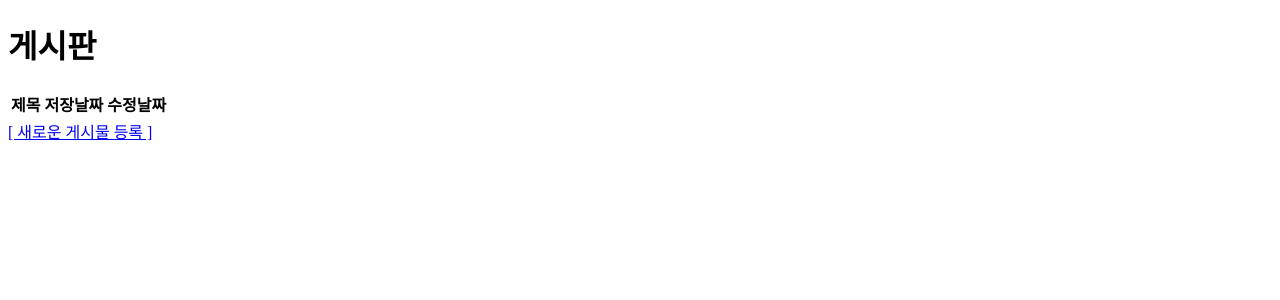
Repository: sandartchip/Board_v01
Page: http://localhost/firstjsp/list.jsp
An editor plug-in stored every save of this project. The page is shown before and after a run of saves, followed by the edit.
The browser window is 1280 px wide. The pictures show the whole page.
The page is served by Tomcat 9. Queries for data that is not in the repository find no rows.

Above is the page before, as saved 2019-03-20 02:18:47.

### Board_v01/firstjsp/WebContent/list.jsp
<%@ page language= "java" contentType= "text/html; charset=utf-8" pageEncoding= "utf-8" %>
<%@page import="java.sql.ResultSet" %>
<%@page import="java.sql.Statement" %>
<%@page import="java.sql.Connection" %>
<%@page import="java.sql.PreparedStatement" %>
<%@page import="java.sql.DriverManager" %>
<%@page import="java.sql.SQLException" %>
<%@page import="java.sql.Timestamp" %>

<!DOCTYPE html>
<html>
<head>
<meta charset="UTF-8">
<title>JSP 게시판</title>
</head>
<body>
	<h1>게시판</h1>
	<table>
		<tr>
			<th>제목</th>
			<th>저장날짜</th>
			<th>수정날짜</th>
		</tr>
		<%
			Connection conn = null;
			Statement stmt = null;
			ResultSet rs = null;
			//쿼리 결과를 저장한 메모리 영역을 참조할 객체

			int content_id = 1;

			try{
				//1. JDBC 드라이버 로딩
				String driverName = "com.mysql.cj.jdbc.Driver";
				Class.forName(driverName);

				//2. DB 서버 접속
				String dbUrl = "jdbc:mysql://localhost:3306/boardDB?serverTimezone=UTC";
				String dbUser = "root";
				String dbPassword = "ROOT";

				//접속 URL정보와 포트 번호, SID
				conn = DriverManager.getConnection(dbUrl, dbUser, dbPassword);
				//위에서 만든 클래스를 import하여 Connection 객체를 생성한다.

				stmt = conn.createStatement();
				//데이터 추가, 수정, 삭제를 실행할 객체를 생성

				String sql = "SELECT * FROM board_table";
				rs = stmt.executeQuery(sql);
				int idx=1; // idx : 게시글의 번호(PK)임.

				while(rs.next()){ //다음 값이 있을 때까지
					int i=1;
					String title = rs.getString(i++);
					String content = rs.getString(i++);
					String regDate = rs.getString(i++);
					String modDate = rs.getString(i++);

					//System.out.println(title+ " " + content + " " + regDate + " " + modDate);
					//이걸 화면에 뿌리는 걸로 변경

					out.print("<tr>");
					out.print("<td> <a href='view.jsp?content_idx="+ idx +" '> " + title + "</td>");
			//		out.print("<td> " + content + "</td>");
					out.print("<td> " + regDate.toString() + "</td>");
					out.print("<td>" + modDate.toString() + "</td>");
					out.print("</tr>");
					idx++;
			} //end of while
			if( rs!= null){
				try {
					rs.close();
				} catch(SQLException e){
				}
			}
			if(stmt != null){
				try {
					stmt.close();
				} catch(SQLException e){
				}
			}
			if(conn != null){
				try {
					conn.close();
				} catch(SQLException e){
				}
			}
		} catch(ClassNotFoundException ec){
			ec.printStackTrace();
		}
		catch( SQLException e){
			e.printStackTrace();
		}
	%>
	</table>
	<a href="write.jsp"> [ 새로운 게시물 등록 ]</a>
</body>

</html>

After the next 2 saves:
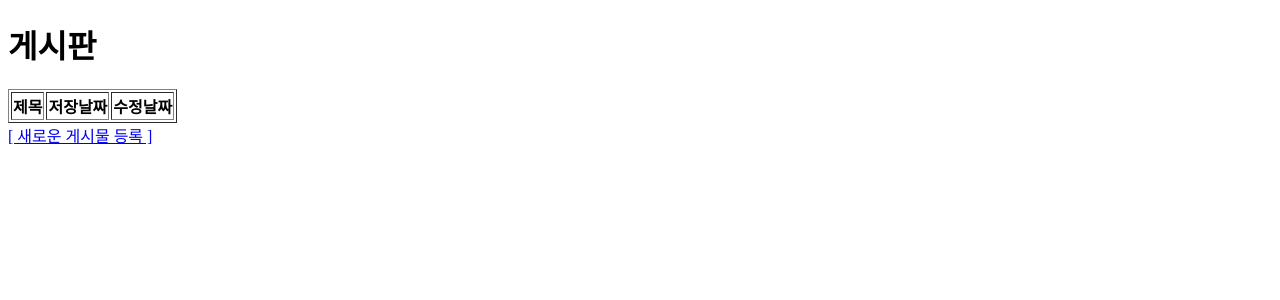
The 2 saves are shown as one change because they came seconds apart.
The last was saved 8 min 39 s later.
--- a/Board_v01/firstjsp/WebContent/list.jsp
+++ b/Board_v01/firstjsp/WebContent/list.jsp
@@ -15,7 +15,7 @@
 </head>
 <body>
 	<h1>게시판</h1>
-	<table>
+	<table border="1px">
 		<tr>
 			<th>제목</th>
 			<th>저장날짜</th>
